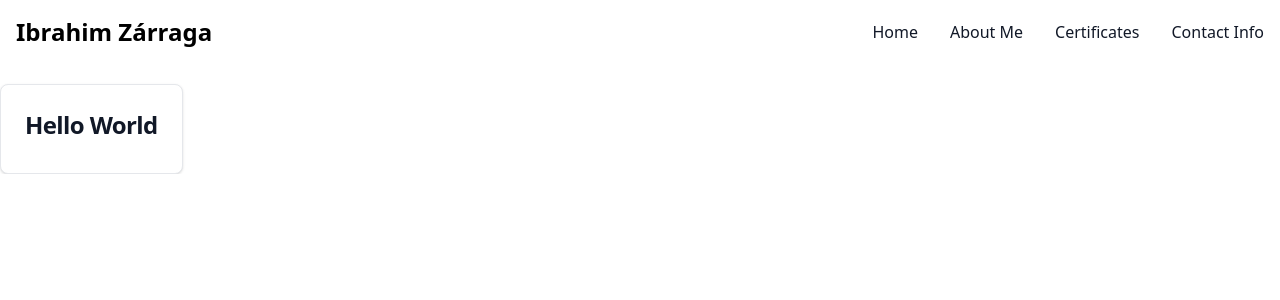
Repository: JetPi/Presentatio-Project
Page: /
These files come from the project's save history. The page is drawn as it stood at one moment and after the next save; the edit follows.
The browser window is 1280 px wide. The pictures show the whole page.
The project was rebuilt for these pictures with package versions that can differ from the ones it lists, and the page was loaded fresh each time. The framework's server and built-in components were replaced by stand-ins that run in the browser. Also part of the build but not shown: next.config.js.

Above is the page before, as saved 2023-03-30 16:36:46.

### src/pages/_app.tsx
import "@/styles/globals.css";
import type { AppProps } from "next/app";
import { NavBar } from "@/components/NavBar";

const navList = [
  { text: "Home", href: "/" },
  { text: "About Me", href: "/about/me" },
  { text: "Certificates", href: "/about/certificates" },
  { text: "Contact Info", href: "/about/socials" },
];

export default function App({ Component, pageProps }: AppProps) {
  return (
    <>
      <NavBar navList={navList} />
      <Component {...pageProps} />
    </>
  );
}

### src/pages/index.tsx
import Head from "next/head";
import Image from "next/image";
import { Inter } from "next/font/google";
import styles from "@/styles/Home.module.css";
import { Card } from "@/components/Card";
import { CardTitle } from "@/components/Card";

const inter = Inter({ subsets: ["latin"] });

export default function Home() {
  return (
    <>
      <div className="flex pt-5">
        <Card href="/about/me" styling="flex justify-center">
          <CardTitle>Hello World</CardTitle>
        </Card>
      </div>
    </>
  );
}

### src/styles/globals.css
@tailwind base;
@tailwind components;
@tailwind utilities;

:root {
  --max-width: 1100px;
  --border-radius: 12px;
  --font-mono: ui-monospace, Menlo, Monaco, "Cascadia Mono", "Segoe UI Mono",
    "Roboto Mono", "Oxygen Mono", "Ubuntu Monospace", "Source Code Pro",
    "Fira Mono", "Droid Sans Mono", "Courier New", monospace;

  --foreground-rgb: 0, 0, 0;
  --background-start-rgb: 214, 219, 220;
  --background-end-rgb: 255, 255, 255;

  --primary-glow: conic-gradient(
    from 180deg at 50% 50%,
    #16abff33 0deg,
    #0885ff33 55deg,
    #54d6ff33 120deg,
    #0071ff33 160deg,
    transparent 360deg
  );
  --secondary-glow: radial-gradient(
    rgba(255, 255, 255, 1),
    rgba(255, 255, 255, 0)
  );

  --tile-start-rgb: 239, 245, 249;
  --tile-end-rgb: 228, 232, 233;
  --tile-border: conic-gradient(
    #00000080,
    #00000040,
    #00000030,
    #00000020,
    #00000010,
    #00000010,
    #00000080
  );

  --callout-rgb: 238, 240, 241;
  --callout-border-rgb: 172, 175, 176;
  --card-rgb: 180, 185, 188;
  --card-border-rgb: 131, 134, 135;
}

@media (prefers-color-scheme: dark) {
  :root {
    --foreground-rgb: 255, 255, 255;
    --background-start-rgb: 0, 0, 0;
    --background-end-rgb: 0, 0, 0;

    --primary-glow: radial-gradient(rgba(1, 65, 255, 0.4), rgba(1, 65, 255, 0));
    --secondary-glow: linear-gradient(
      to bottom right,
      rgba(1, 65, 255, 0),
      rgba(1, 65, 255, 0),
      rgba(1, 65, 255, 0.3)
    );

    --tile-start-rgb: 2, 13, 46;
    --tile-end-rgb: 2, 5, 19;
    --tile-border: conic-gradient(
      #ffffff80,
      #ffffff40,
      #ffffff30,
      #ffffff20,
      #ffffff10,
      #ffffff10,
      #ffffff80
    );

    --callout-rgb: 20, 20, 20;
    --callout-border-rgb: 108, 108, 108;
    --card-rgb: 100, 100, 100;
    --card-border-rgb: 200, 200, 200;
  }
}

* {
  box-sizing: border-box;
  padding: 0;
  margin: 0;
}

html,
body {
  max-width: 100vw;
  overflow-x: hidden;
}

body {
  color: rgb(var(--foreground-rgb));
}

a {
  color: inherit;
  text-decoration: none;
}

@media (prefers-color-scheme: dark) {
  html {
    color-scheme: dark;
  }
}

### src/components/NavBar.tsx
import Image from "next/image";
import Link from "next/link";
import { ReactNode } from "react";
type NavData = {
  href: string;
  text: string;
};

interface Props {
  children?: ReactNode | string;
  href?: string;
  navList?: Array<NavData>;
}

function NavItem({ children, href }: Props) {
  return (
    <li>
      <Link
        href={{ pathname: href }}
        className="block py-2 pl-3 pr-4 text-gray-900 rounded hover:bg-gray-100 md:hover:bg-transparent md:border-0 md:hover:text-blue-700 md:p-0 dark:text-white md:dark:hover:text-blue-500 dark:hover:bg-gray-700 dark:hover:text-white md:dark:hover:bg-transparent"
      >
        {children}
      </Link>
    </li>
  );
}

export function NavBar({ navList }: Props) {
  return (
    <nav className="bg-white border-gray-200 dark:bg-gray-900">
      <div className="max-w-screen-xl flex flex-wrap items-center justify-between mx-auto p-4">
        <a href="https://flowbite.com/" className="flex items-center">
          <span className="self-center text-2xl font-semibold whitespace-nowrap dark:text-white">
            Ibrahim Zárraga
          </span>
        </a>
        <button
          data-collapse-toggle="navbar-default"
          type="button"
          className="inline-flex items-center p-2 ml-3 text-sm text-gray-500 rounded-lg md:hidden hover:bg-gray-100 focus:outline-none focus:ring-2 focus:ring-gray-200 dark:text-gray-400 dark:hover:bg-gray-700 dark:focus:ring-gray-600"
          aria-controls="navbar-default"
          aria-expanded="false"
        ></button>
        <div className="hidden w-full md:block md:w-auto" id="navbar-default">
          <ul className="font-medium flex flex-col p-4 md:p-0 mt-4 border border-gray-100 rounded-lg bg-gray-50 md:flex-row md:space-x-8 md:mt-0 md:border-0 md:bg-white dark:bg-gray-800 md:dark:bg-gray-900 dark:border-gray-700">
            {navList?.map((item) => {
              return (
                <NavItem href={item.href} key={Math.random()}>
                  {item.text}
                </NavItem>
              );
            })}
          </ul>
        </div>
      </div>
    </nav>
  );
}

### src/components/Card.tsx
import Link from "next/link";
import { ReactNode } from "react";
interface Props {
  children?: ReactNode;
  styling?: string;
  href?: string;
}

export function Card({ href, styling, children }: Props) {
  return (
    <Link
      href={{ pathname: href }}
      className={`${
        styling ? styling : "flex justify-stretch"
      } p-6 bg-white border border-gray-200 rounded-lg shadow hover:bg-gray-100 dark:bg-gray-800 dark:border-gray-700 dark:hover:bg-gray-700`}
    >
      {children}
      <p className="font-normal text-gray-700 dark:text-gray-400"></p>
    </Link>
  );
}

export function CardTitle({ children }: Props) {
  return (
    <h5 className="mb-2 text-2xl font-bold tracking-tight text-gray-900 dark:text-white">
      {children}
    </h5>
  );
}

Loaded but not shown: src/pages/_document.tsx (common file); tailwind.config.js (common file)

After the next save:
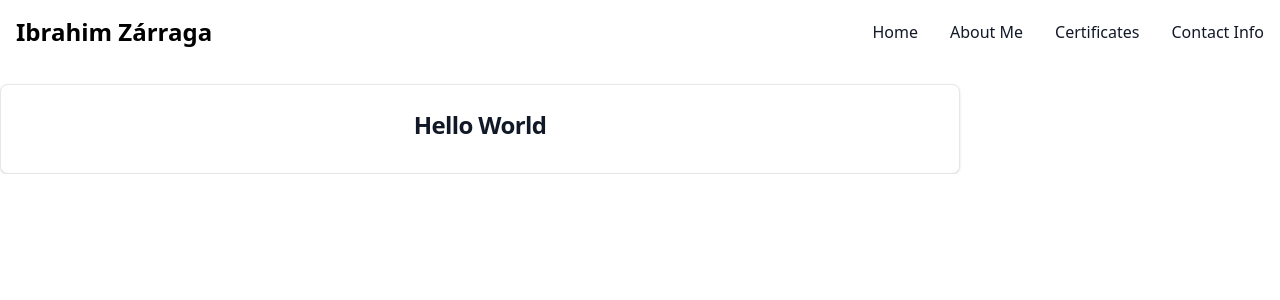
Saved 16 s later.
--- a/src/pages/index.tsx
+++ b/src/pages/index.tsx
@@ -11,7 +11,7 @@ export default function Home() {
   return (
     <>
       <div className="flex pt-5">
-        <Card href="/about/me" styling="flex justify-center">
+        <Card href="/about/me" styling="flex w-3/4 justify-center">
           <CardTitle>Hello World</CardTitle>
         </Card>
       </div>
